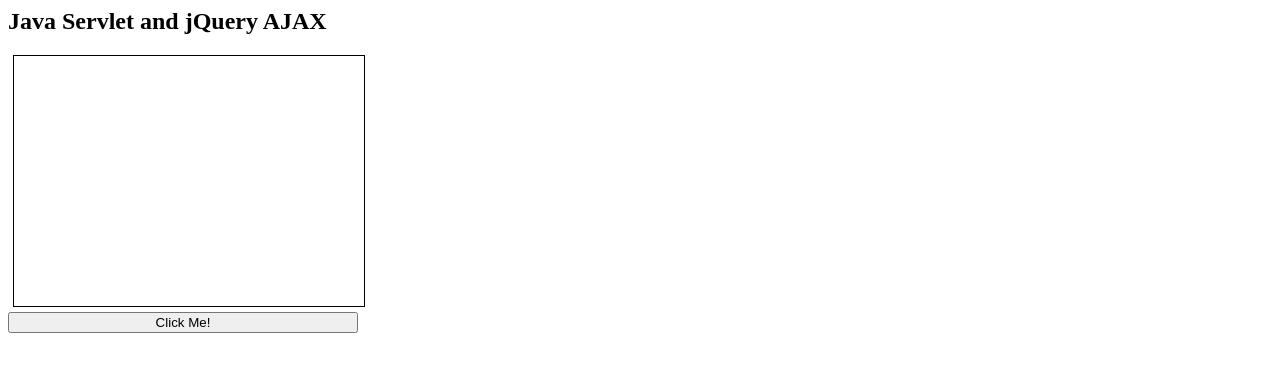
Repository: joliest/MyGits
Page: Java/Project_JIRA/JavaServletAndAJAX/WebContent/AJAXJava.html
The author's editor kept a copy of each file at every save. The page is drawn from the files as they stood at one save, then again after the next save.
The browser window is 1280 px wide. The pictures show the whole page.

Above is the page before, as saved 2017-09-07 12:41:27.

### Java/Project_JIRA/JavaServletAndAJAX/WebContent/AJAXJava.html

<html>
	<head>
		<title>Java and jQuery AJAX</title>
		<style>
			#div1 {
				border : 1px solid black;
				height : 250px;
				width : 350px;
				margin : 5px;
			}
			button {
				width : 350px;
			}
		</style>
	</head>
	<body>
		<h2>Java Servlet and jQuery AJAX</h2>
		<div id="div1">

		</div>
		<button type="button">Click Me!</button>
	</body>
</html>

After the next save:
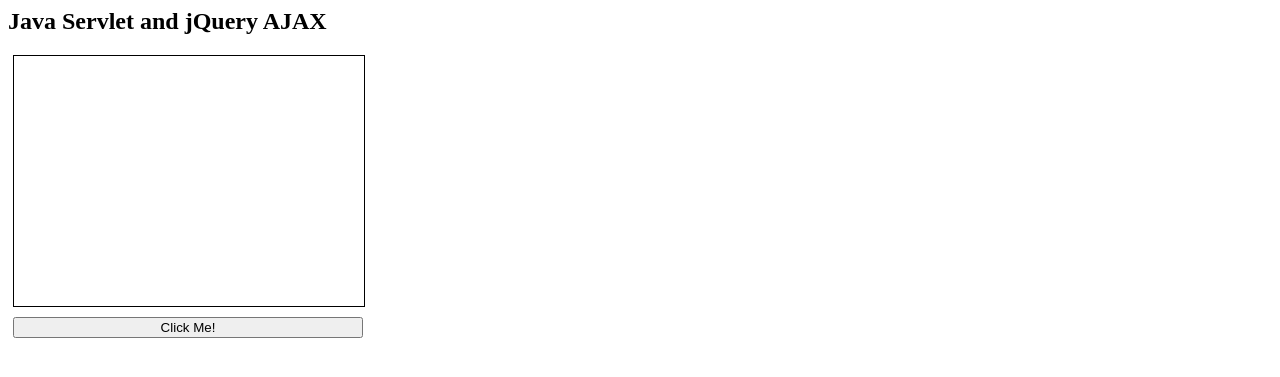
Saved 8 s later.
--- a/Java/Project_JIRA/JavaServletAndAJAX/WebContent/AJAXJava.html
+++ b/Java/Project_JIRA/JavaServletAndAJAX/WebContent/AJAXJava.html
@@ -11,6 +11,7 @@
 			}
 			button {
 				width : 350px;
+				margin : 5px;
 			}
 		</style>
 	</head>
